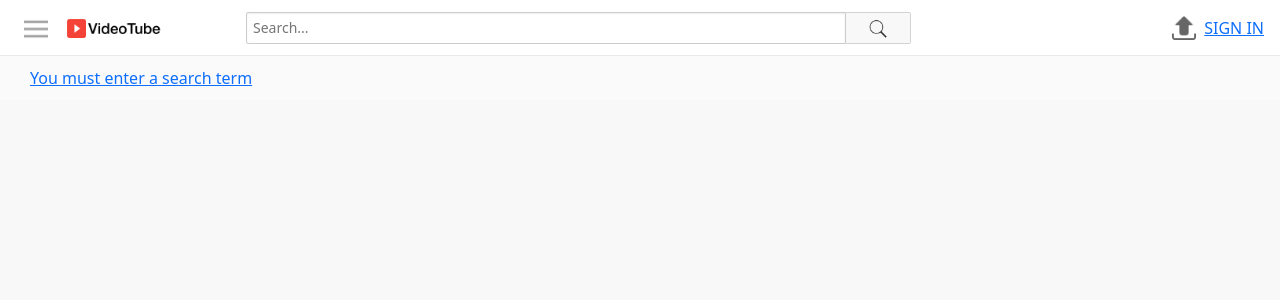
Repository: mohameddtalal/VideoTube
Page: http://localhost/search.php
The author's editor kept a copy of each file at every save. The page is drawn from the files as they stood at one save, then again after a run of saves.
The browser window is 1280 px wide. The pictures show the whole page.
The page is run by PHP 8.4 with error messages shown; the project is at /var/www/html/.

Above is the page before, as saved 2026-04-25 18:01:38.

After the next 3 saves:
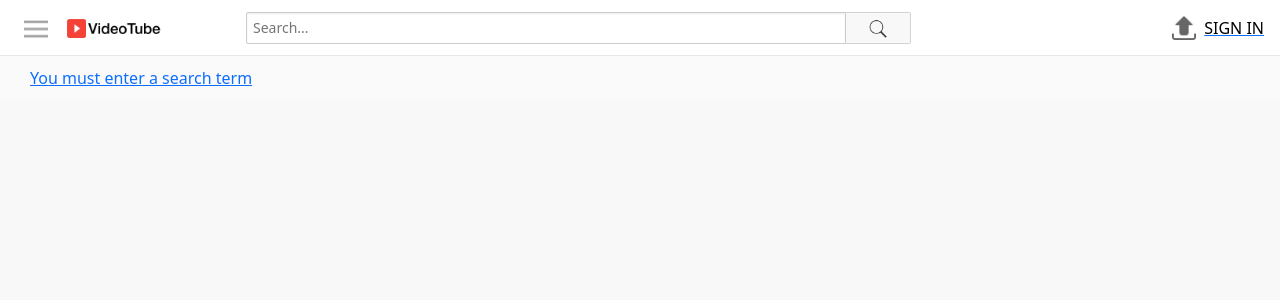
The 3 saves are shown as one change because they came seconds apart.
The last was saved 9 s later.
--- a/assets/css/style.css
+++ b/assets/css/style.css
@@ -683,4 +683,6 @@
     content: '';
 }
 
-.signI
+.signInLink{
+    color:#000;
+}
